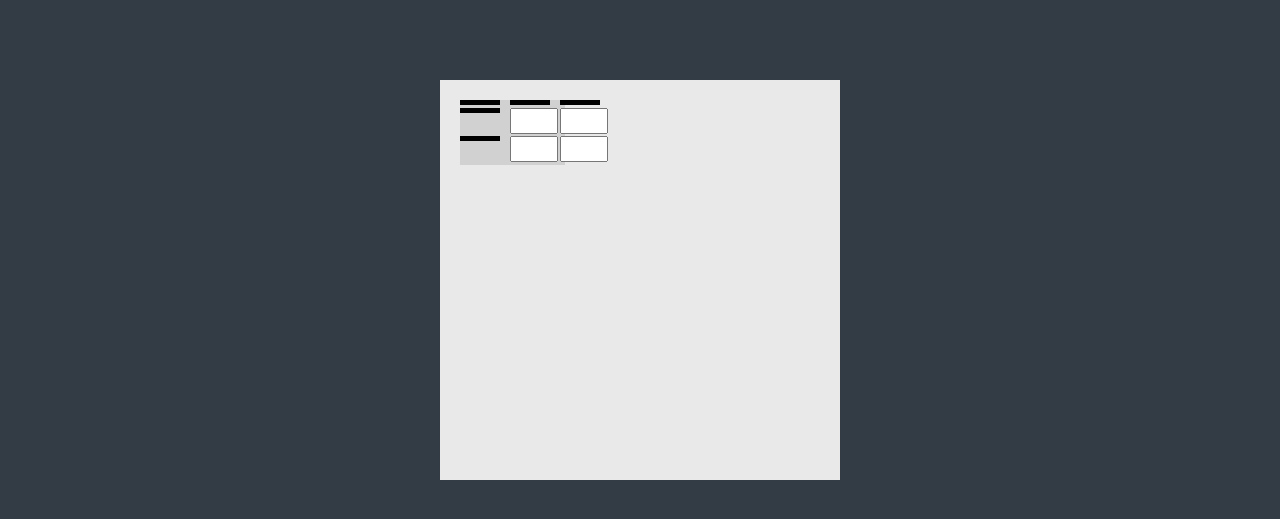
Repository: piookr-wsei/8086
Page: /
An editor plug-in stored every save of this project. The page is shown before and after the next save, followed by the edit.
The browser window is 1280 px wide. The pictures show the whole page.
The project was rebuilt for these pictures with package versions that can differ from the ones it lists, and the page was loaded fresh each time.

Above is the page before, as saved 2022-06-17 00:09:36.

### src/App.js
import logo from './logo.svg';
import './App.css';
import { RegDesc, RegInput, RegWrapper, UiWindow, UiWrapper } from './Components/Components.elements';

function App() {
  return (
    <div className="App">
      <UiWindow>
        <UiWrapper>
          <RegWrapper>
            <RegDesc/><RegDesc/><RegDesc/>
            <RegDesc/><RegInput/><RegInput/>
            <RegDesc/><RegInput/><RegInput/>
          </RegWrapper>

        </UiWrapper>
      </UiWindow>

    </div>
  );
}

export default App;

### src/App.css
body{
  height: 100%;
  background: rgba(1, 10, 22, 0.8);
}
.App {

}

.App-logo {
  height: 40vmin;
  pointer-events: none;
}

@media (prefers-reduced-motion: no-preference) {
  .App-logo {
    animation: App-logo-spin infinite 20s linear;
  }
}

.App-header {
  background-color: #282c34;
  min-height: 100vh;
  display: flex;
  flex-direction: column;
  align-items: center;
  justify-content: center;
  font-size: calc(10px + 2vmin);
  color: white;
}

.App-link {
  color: #61dafb;
}

@keyframes App-logo-spin {
  from {
    transform: rotate(0deg);
  }
  to {
    transform: rotate(360deg);
  }
}

### src/Components/Components.elements.js
import styled from "styled-components";

export const UiWindow = styled.div`
height: 400px;
width: 400px;
background: rgb(233,233,233);
position: relative;
margin: auto;
top: 80px;
`

export const UiWrapper = styled.div`
border: 20px solid transparent;

`

export const RegWrapper = styled.div`
width: 105px;
min-height: 65px;
background: rgba(0,0,0,0.1);
position: relative;
left: 0;
display: grid;
grid-template-columns: 50px 50px 50px;
`

export const RegInput = styled.input`
height: 20px;
width: 40px;
`

export const RegDesc = styled.div`
height: 5px;
width: 40px;
background: black;
`

Loaded but not shown: public/index.html (common file); src/index.js (common file); src/index.css (common file); src/reportWebVitals.js (common file)

After the next save:
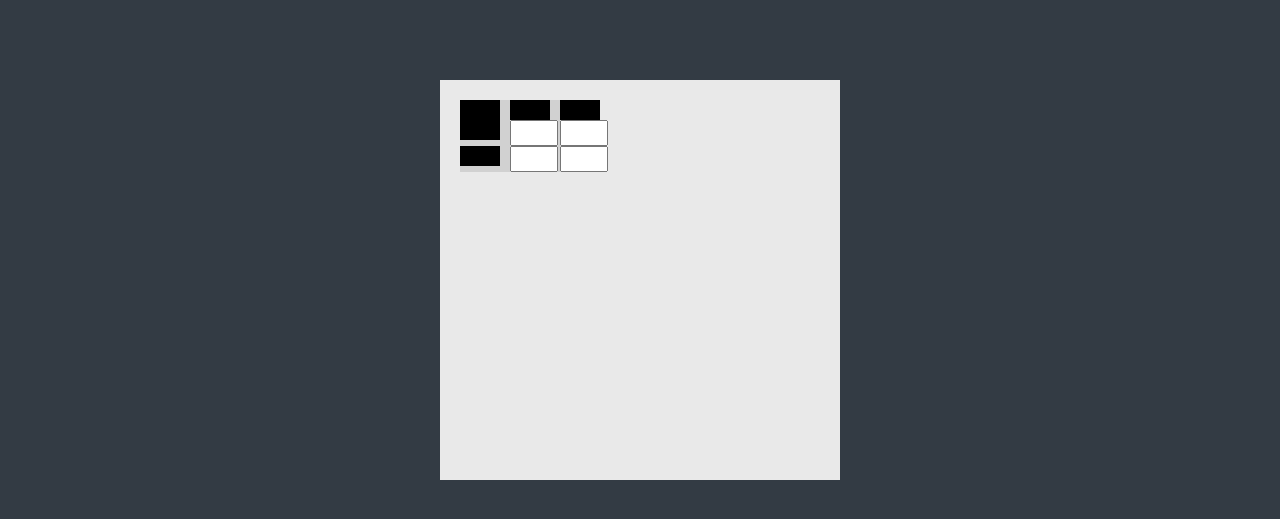
Saved 8 s later.
--- a/src/Components/Components.elements.js
+++ b/src/Components/Components.elements.js
@@ -30,7 +30,7 @@ width: 40px;
 `
 
 export const RegDesc = styled.div`
-height: 5px;
+height: 20px;
 width: 40px;
 background: black;
 `
